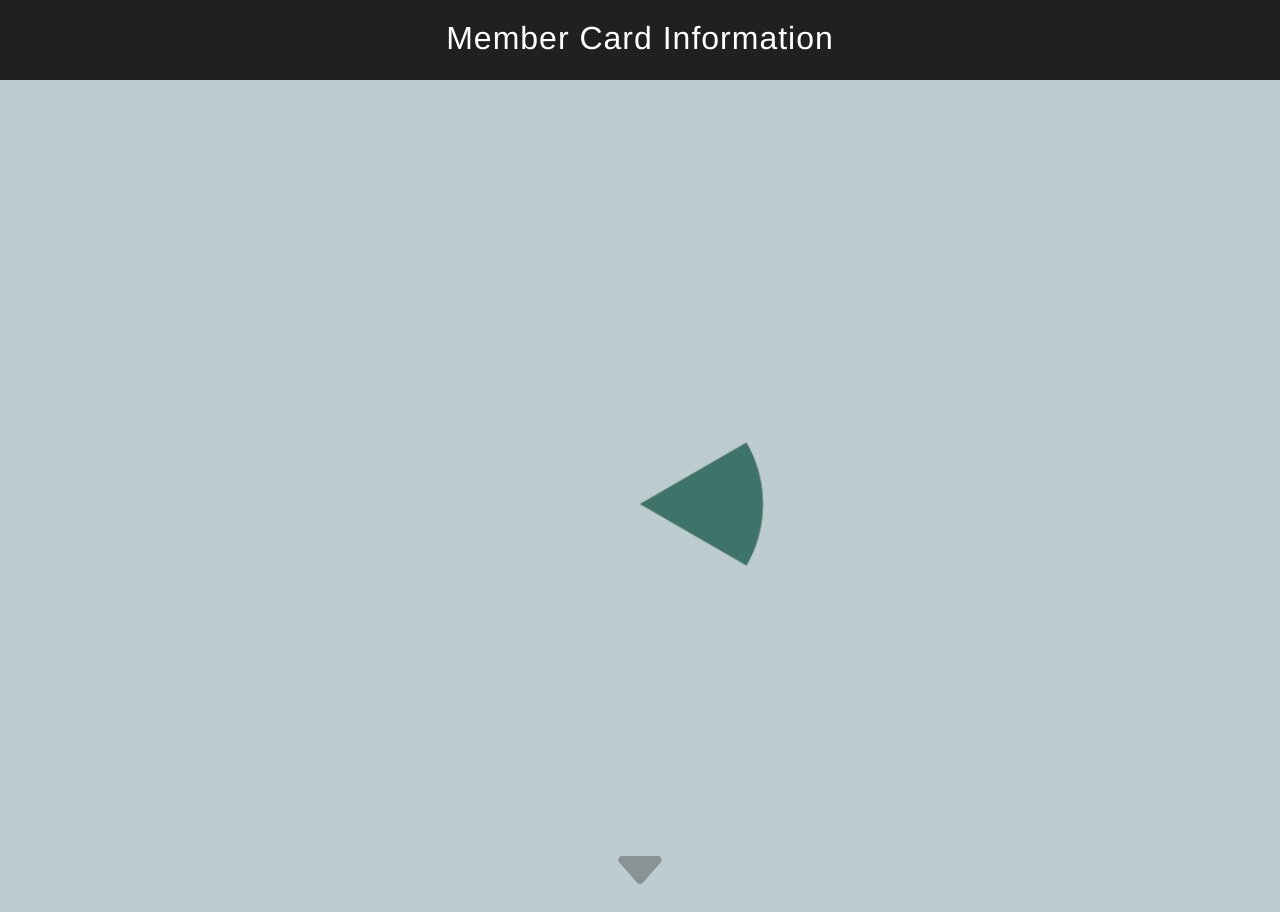
Repository: Leooook/lzhao-fed-test
Page: /
These files come from the project's save history. The page is drawn as it stood at one moment and after the next save; the edit follows.
The browser window is 1280 px wide. The pictures show the whole page.
The page's requests for data from a server got no answer. The project was rebuilt for these pictures with package versions that can differ from the ones it lists, and the page was loaded fresh each time. No one was signed in, and anything a server would have sent is missing. Also part of the build but not shown: src/components/detail.jsx.

Above is the page before, as saved 2021-03-15 21:36:48.

After the next save:
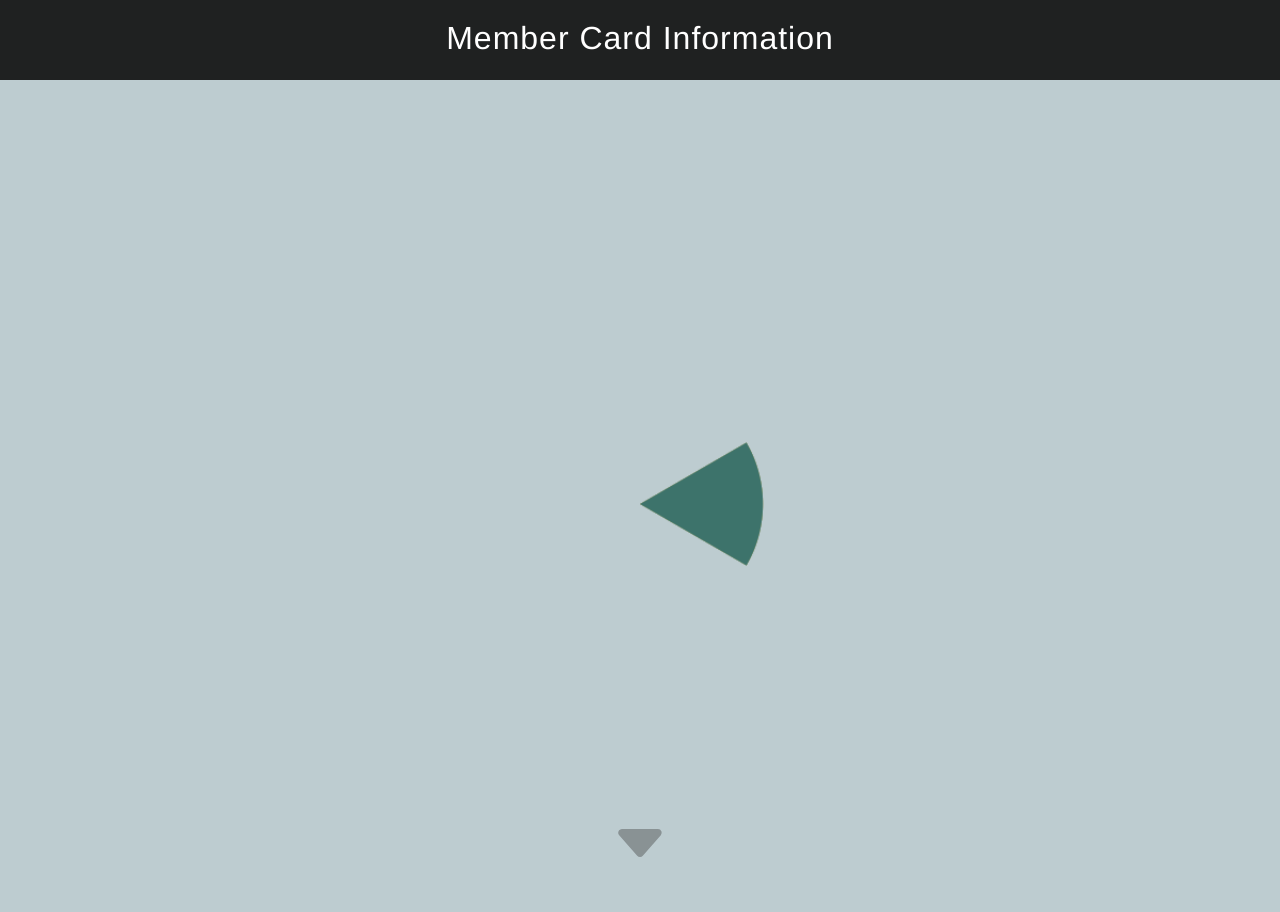
Saved 8 s later.
--- a/src/App.css
+++ b/src/App.css
@@ -35,7 +35,7 @@
 		bottom: 0;
 	}
 	50% {
-		bottom: 2vh;
+		bottom: 50px;
 	}
 	100% {
 		bottom: 0;
